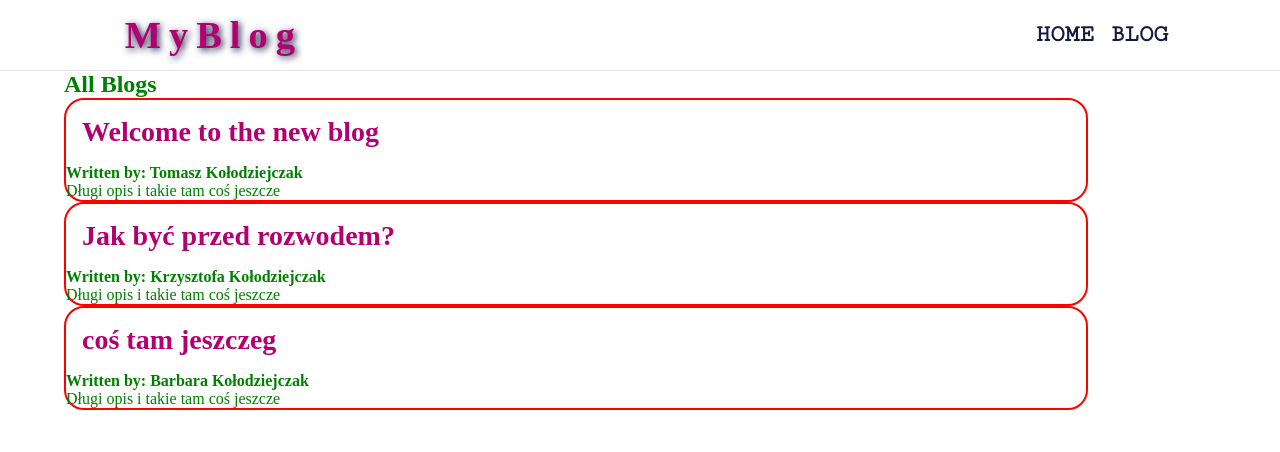
Repository: KrzysKolo/myBlog
Page: /
An editor plug-in stored every save of this project. The page is shown before and after the next save, followed by the edit.
The browser window is 1280 px wide. The pictures show the whole page.
Some web fonts or font styles are not loaded; a fallback is used. The project was rebuilt for these pictures with package versions that can differ from the ones it lists, and the page was loaded fresh each time. Requests to the local data server were answered from the project's data file. Also part of the build but not shown: src/pages/Blog/Blog.css, src/pages/Blog/Blog.js, src/pages/BlogNote/BlogNote.css, src/pages/BlogNote/BlogNote.js.

Above is the page before, as saved 2021-04-27 10:39:13.

After the next save:
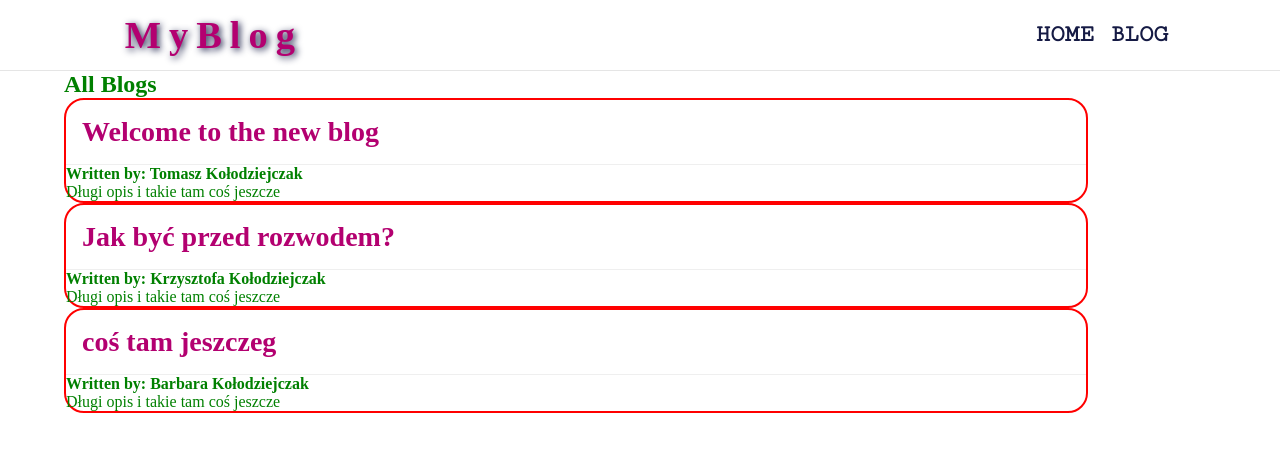
Saved 30 s later.
--- a/src/components/BlogList/BlogList.css
+++ b/src/components/BlogList/BlogList.css
@@ -7,4 +7,5 @@
   font-size: 1.75rem;
   color: #b30070;
   padding: 1rem;
+  border-bottom: 1px solid #efefef;
 }
